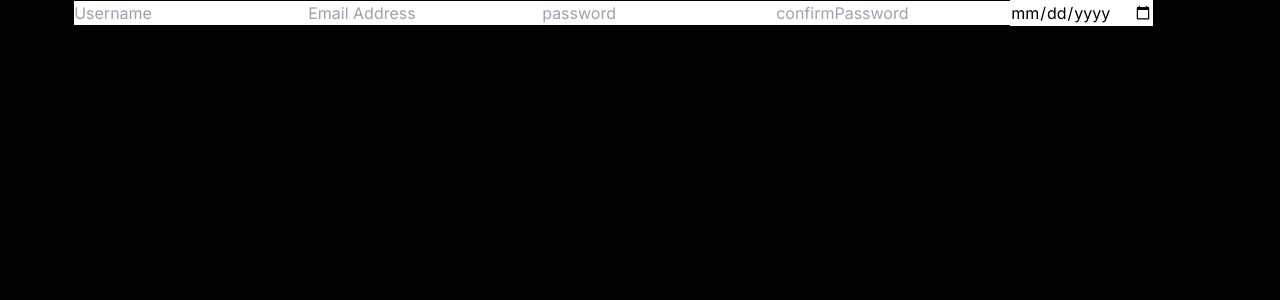
Repository: uh-sman/tiktok-card
Page: /
An editor plug-in stored every save of this project. The page is shown before and after the next save, followed by the edit.
The browser window is 1280 px wide. The pictures show the whole page.
The project was rebuilt for these pictures with package versions that can differ from the ones it lists, and the page was loaded fresh each time. The framework's server and built-in components were replaced by stand-ins that run in the browser. Also part of the build but not shown: next.config.js.

Above is the page before, as saved 2023-12-19 11:48:26.

After the next save:
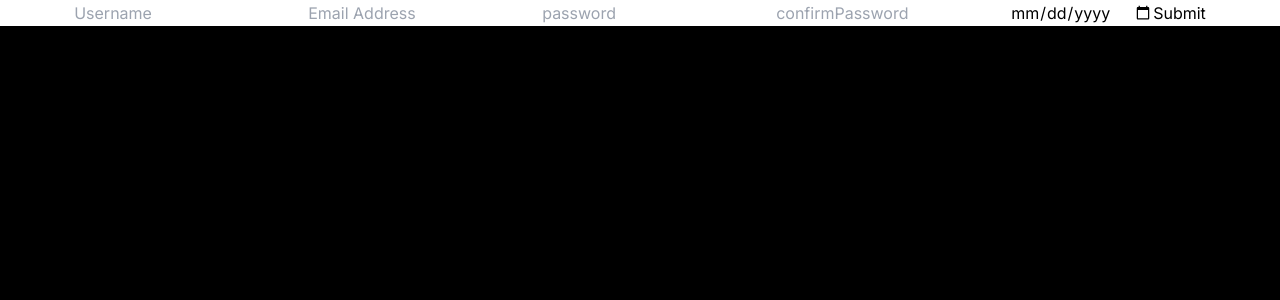
Saved 2 min 34 s later.
--- a/app/page.tsx
+++ b/app/page.tsx
@@ -21,7 +21,7 @@ export default function Home() {
 
   return (
     <div className="bg-black h-screen w-screen">
-      <div className="flex justify-center">
+      <div className="flex justify-center bg-white">
         <form onSubmit={()=> {}}>
           <Input
             className=""
--- a/app/components/Input.tsx
+++ b/app/components/Input.tsx
@@ -8,8 +8,6 @@ interface InputProps {
     type: InputType;
     onChange: (value: string, file?: File ) => void;
 }
-
-
 
 const Input: React.FC<InputProps> = ({
     id,
